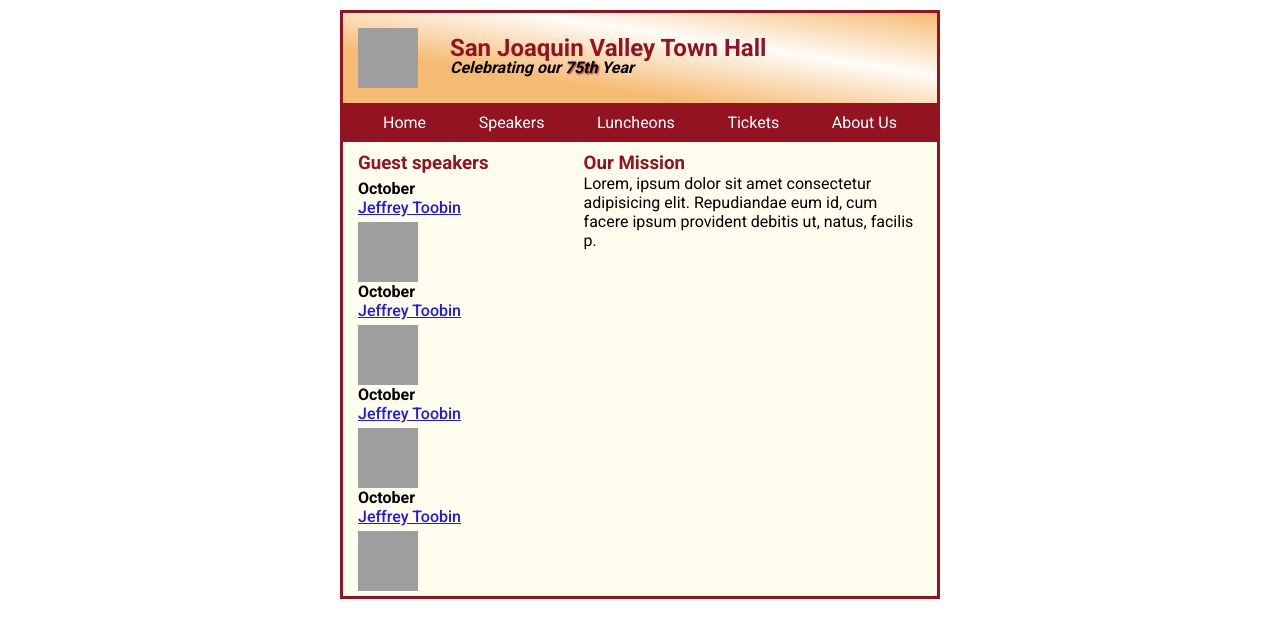
Repository: Mannj-nef/ex-5-6-7-8_IvVettech
Page: index.html
These files come from the project's save history. The page is drawn as it stood at one moment and after the next save; the edit follows.
The browser window is 1280 px wide. The pictures show the whole page.
Pictures or frames that could not be fetched are drawn as grey boxes.

Above is the page before, as saved 2022-03-24 21:57:37.

After the next save:
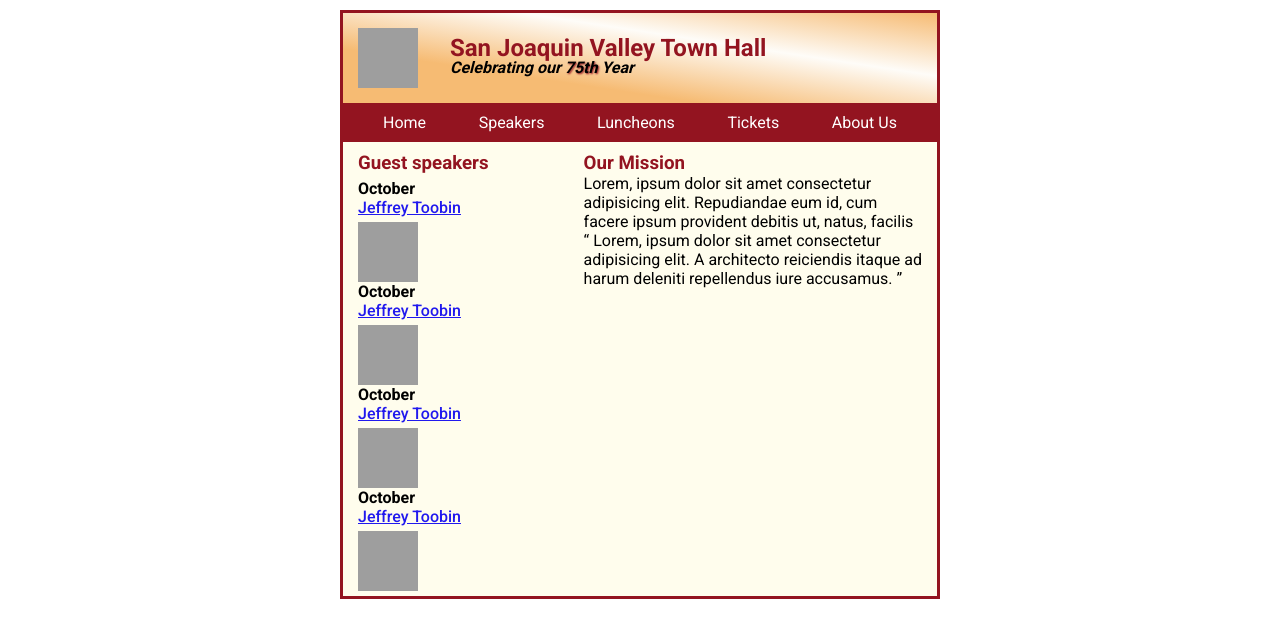
Saved 61 s later.
--- a/index.html
+++ b/index.html
@@ -116,7 +116,11 @@
             Repudiandae eum id, cum facere ipsum provident debitis ut, natus,
             facilis
           </p>
-          p.
+          <q class="constent-right__desc-sub">
+            Lorem, ipsum dolor sit amet consectetur adipisicing elit. A
+            architecto reiciendis itaque ad harum deleniti repellendus iure
+            accusamus.
+          </q>
         </div>
       </section>
     </div>
